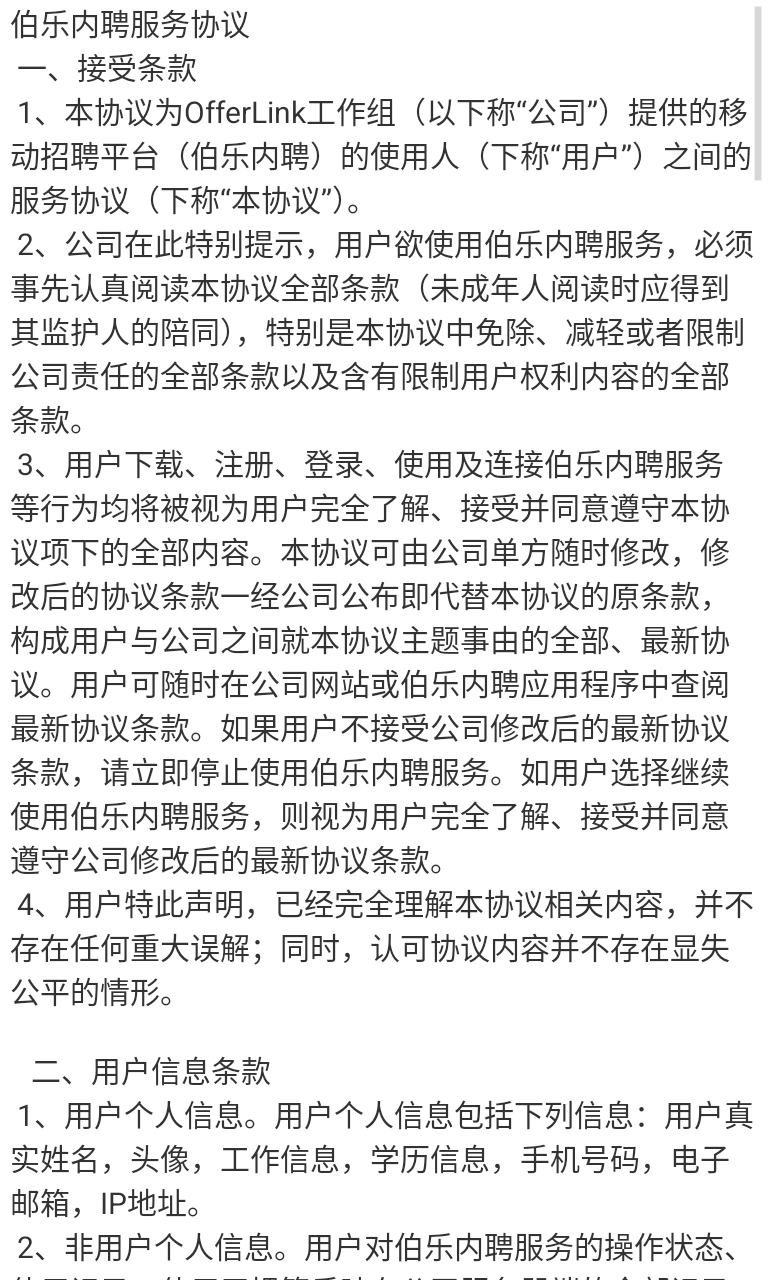
Repository: qinyuemin/OfferMe
Layout: OfferMe/OfferLinkClient/res/layout/dialog_agreement.xml
These files come from the project's save history. The layout is drawn as it stood at one moment and after the next save; the edit follows.
It is drawn on a 768 x 1280 px phone screen (xhdpi) without system bars, with theme AppTheme; the app's code is not run.

Above is the layout before, as saved 2014-12-19 17:15:29.

After the next save:
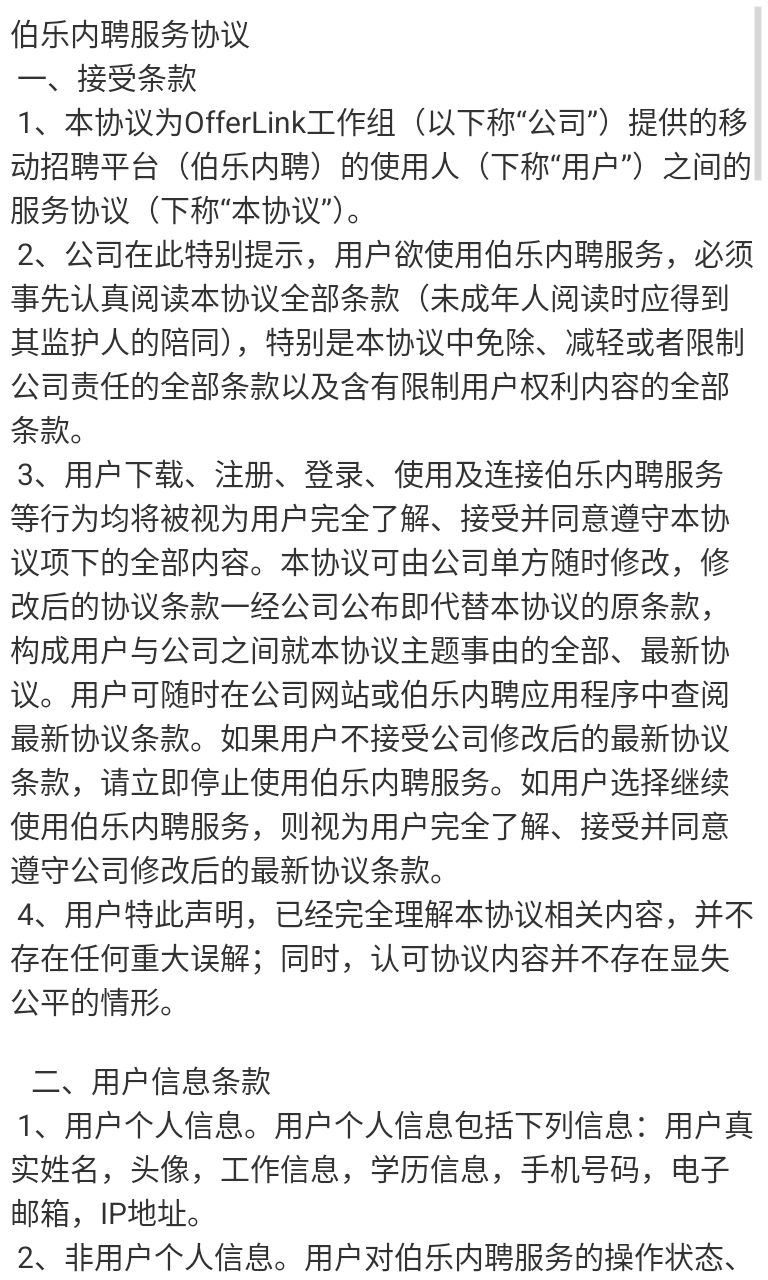
Saved 14 s later.
--- a/OfferMe/OfferLinkClient/res/layout/dialog_agreement.xml
+++ b/OfferMe/OfferLinkClient/res/layout/dialog_agreement.xml
@@ -15,6 +15,7 @@
             android:layout_height="fill_parent"
             android:paddingLeft="5dp"
             android:paddingRight="5dp"
+            android:paddingTop="5dp"
             android:text="@string/agreement"
             android:textSize="15sp" />
 
